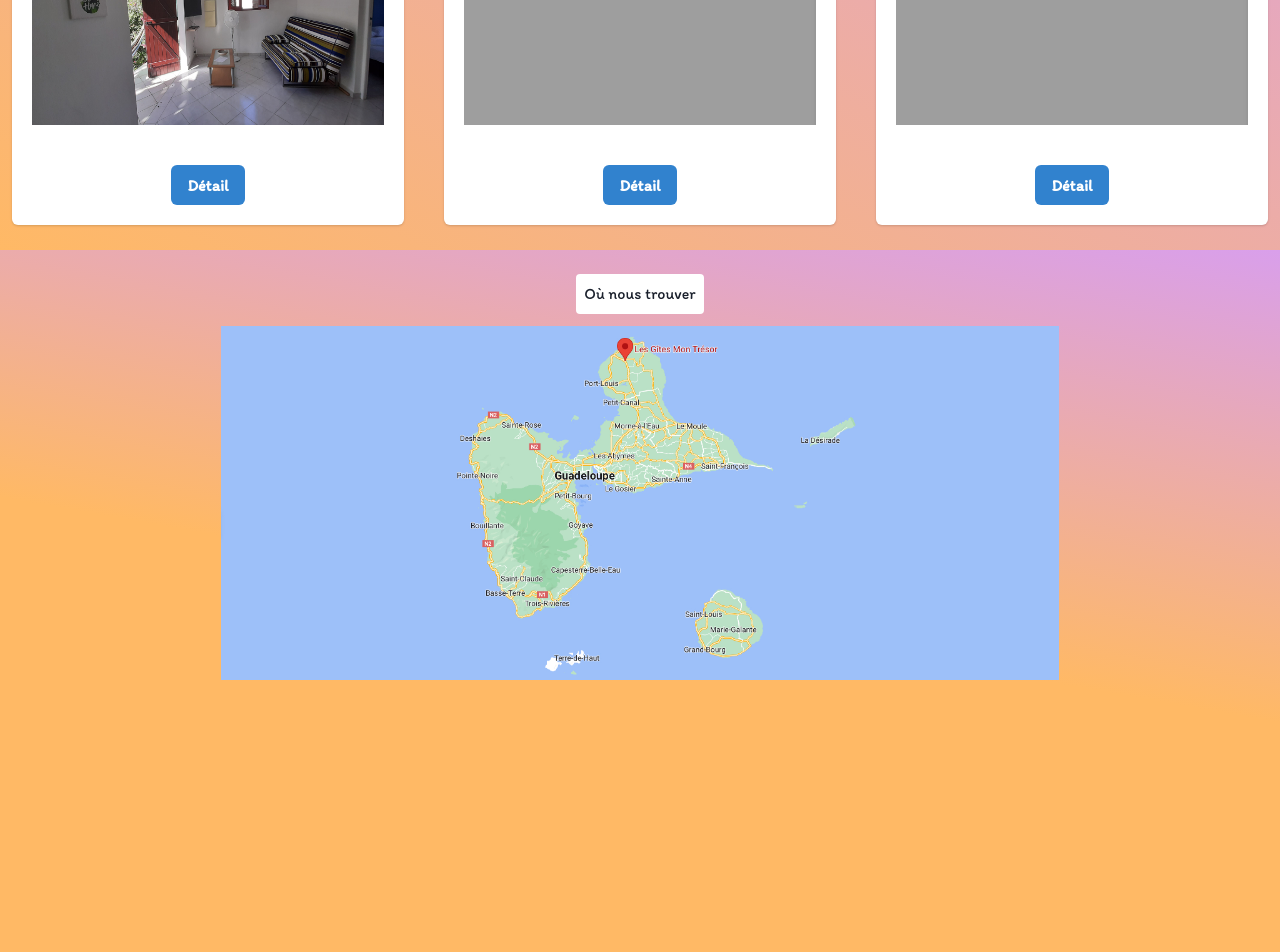
Repository: All-Khwarizmi/gites-v2
Page: /
The author's editor kept a copy of each file at every save. The page is drawn from the files as they stood at one save, then again after the next save.
The browser window is 1280 px wide. The pictures show the part of the page from y = 1190 to 2142 px (the page is 2160 px tall).
Pictures or frames that could not be fetched are drawn as grey boxes. The project was rebuilt for these pictures with package versions that can differ from the ones it lists, and the page was loaded fresh each time. The framework's server and built-in components were replaced by stand-ins that run in the browser. Also part of the build but not shown: next.config.js, next.config.mjs.

Above is the page before, as saved 2023-02-03 19:21:51.

### src/pages/_app.tsx
import { type AppType } from "next/dist/shared/lib/utils";
import { ChakraProvider } from "@chakra-ui/react";
import Layout from "../components/Layout";
import { Itim } from "@next/font/google";
import Navbar from "../components/Navbar";

import "../styles/globals.css";
import Head from "next/head";

const inter = Itim({ weight: "400", subsets: ["latin"] });

const MyApp: AppType = ({ Component, pageProps }) => {
  return (
    <ChakraProvider>
      <Head>
        <title>Gîtes Mon Tresor</title>
        <meta
          name="viewport"
          /* content="width=device-width, initial-scale=1.0, maximum-scale=1.0,user-scalable=0" */
          content="viewport-fit=cover"
        />
        <meta name="title" content="Gîtes Mon Tresor" />

        <meta
          name="description"
          content="Gîtes accueillants et chaleureux en Guadeloupe, Anse Bertrand. Venez en famille ou en amoureux profiter des plaisirs qu'offre l'île. "
        />
        <meta property="og:image" content="/IMG_0318.JPG" key="ogimage" />
      </Head>

      <main className={inter.className}>
        <Component {...pageProps} />
      </main>
    </ChakraProvider>
  );
};

export default MyApp;

### src/pages/index.tsx
import { type NextPage } from "next";
import Head from "next/head";
import Link from "next/link";
import Test from "./Test";
import styles from '../styles/Home.module.scss'

const Home: NextPage = () => {
  return (
    <>
      <Test />
    </>
  );
};

export default Home;

### src/styles/globals.css
@tailwind base;
@tailwind components;
@tailwind utilities;

:root {
  --colorOne: #ffb965;
  --colorTwo: #d99feb;
  --color3: #ffbf5b;
  --color4: #31b7cf;
}
* {
  margin: 0;
  padding: 0;
}
body {
  width: 100vw;
  height: 100vh;
  box-sizing: border-box;
}

.test {
  width: 100%;
}

#myVideo {
  object-fit: cover;

  min-height: 100vh;
  position: relative;
  z-index: -1;
  bottom: 0;
  right: 0;
}

.section {
  background-image: linear-gradient(
    27deg,
    var(--colorOne) 0%,
    var(--colorTwo) 100%
  );
  margin-top: 0;
  position: relative;
}
.section-2 {
  background-image: linear-gradient(
    1270deg,
   var(--colorTwo) 0%,
    var(--colorOne) 50%
  );
  margin-top: 0;
  position: relative;
}


.card-1 {
  background-color: inherit;
  padding: 3rem;
  width: 100%;
}
.nav {
  position: fixed;
  z-index: 5;


}

### src/pages/Test.tsx
import { AppType } from "next/app";
import {
  Card,
  CardHeader,
  ButtonGroup,
  Button,
  CardBody,
  CardFooter,
  Stack,
  Image,
  Heading,
  Text,
  Divider,
  Flex,
} from "@chakra-ui/react";
import Carousel from "../components/Carousel";
import { Component, useEffect, useRef, useState } from "react";
import Localisation from "../components/Localisation";
import Navbar from "../components/Navbar";

const Test = () => {
  const divPosition: any = useRef(null);


  const slidesPalmier = [
    {
      img: "/Gite Palmier/1.jpg",
    },
    {
      img: "/Gite Palmier/2.jpg",
    },
    {
      img: "/Gite Palmier/3.jpg",
    },
    {
      img: "/Gite Palmier/4.jpg",
    },
    {
      img: "/Gite Palmier/5.jpg",
    },
    {
      img: "/Gite Palmier/6.jpg",
    },
    {
      img: "/Gite Palmier/7.jpg",
    },
    {
      img: "/Gite Palmier/9087556.jpg",
    },
  ];
  const slidesAnanas = [
    {
      img: "/Gite Ananas/1.jpg",
    },
    {
      img: "/Gite Ananas/2.jpg",
    },
    {
      img: "/Gite Ananas/3.jpg",
    },
    {
      img: "/Gite Ananas/4.jpg",
    },
    {
      img: "/Gite Ananas/5.jpg",
    },
    {
      img: "/Gite Ananas/6.jpg",
    },
    {
      img: "/Gite Ananas/20191231_100325.jpg",
    },
    {
      img: "/Gite Ananas/20200325_100606.jpg",
    },
  ];
  const slidesKawan = [
    {
      img: "/Gite Kawan/1.jpg",
    },
    {
      img: "/Gite Kawan/2.jpg",
    },
    {
      img: "/Gite Kawan/3.jpg",
    },
    {
      img: "/Gite Kawan/4.jpg",
    },

    {
      img: "/Gite Kawan/6.jpg",
    },
    {
      img: "/Gite Kawan/7.jpg",
    },
    {
      img: "/Gite Kawan/8.jpg",
    },
    {
      img: "/Gite Kawan/9.jpg",
    },
    {
      img: "/Gite Kawan/10.jpg",
    },
    {
      img: "/Gite Kawan/11.jpg",
    },
    {
      img: "/Gite Kawan/12.jpg",
    },
    {
      img: "/Gite Kawan/13.jpg",
    },
    {
      img: "/Gite Kawan/14.jpg",
    },
    {
      img: "/Gite Kawan/15.jpg",
    },
  ];

  return (
    <>
      <main>
        <Navbar position={divPosition} />
        <div className="test">
          <section className="test">
            <video
              autoPlay
              playsInline
              muted
              loop
              id="myVideo"
              poster="/Gite Kawan/1.jpg"
            >
              <source src={"/Mon film.mp4"} type="video/mp4" />
            </video>
          </section>
          <div className="section h-screen">
            <section ref={divPosition} className="section h-full">
              <div className="card-1 flex-column flex justify-center">
                <Card maxW={"900px"}>
                  <Heading className="flex-column flex justify-center p-2">
                    <p> Bienvenue en Guadeloupe !</p>
                  </Heading>
                  <CardBody>
                    <Text className="welcome-text">
                      Pour des vacances au soleil, sur des plages de sable blanc
                      ou de belles balades dans une verdure luxuriante : les
                      Gîtes Mon Trésor vous assurent un dépaysement total. Loin
                      des grandes structures touristiques, dans un jardin calme
                      et ventilé avec piscine sécurisée, Catherine et Laurent,
                      originaires de Normandie, vous accueillent toute l’année
                      dans leurs gîtes situés sur la commune d'ANSE-BERTRAND, à
                      3 km des plages et de tous commerces. Nous avons l'énorme
                      chance de n'avoir jamais de sargasses sur nos plages les
                      plus proches. Bonne visite !
                    </Text>
                  </CardBody>
                </Card>
              </div>

              <div className="grid  grid-flow-row justify-center gap-4 md:grid-flow-col ">
                <Card maxW="lg" m={3}>
                  <Stack mt="6" spacing="3">
                    <Heading textAlign={"center"} size="md">
                      Gîte Palmier
                    </Heading>
                  </Stack>
                  <CardBody>
                    <Carousel slides={slidesPalmier} />
                  </CardBody>
                  <Flex align="center" justify="center">
                    <CardFooter>
                      <Button variant="solid" colorScheme="blue">
                        Détail
                      </Button>
                    </CardFooter>
                  </Flex>
                </Card>
                <Card maxW="lg" m={3}>
                  <Stack mt="6" spacing="3">
                    <Heading textAlign={"center"} size="md">
                      Gîte Ananas
                    </Heading>
                  </Stack>
                  <CardBody>
                    <Carousel slides={slidesAnanas} />
                  </CardBody>
                  <Flex align="center" justify="center">
                    <CardFooter>
                      <Button variant="solid" colorScheme="blue">
                        Détail
                      </Button>
                    </CardFooter>
                  </Flex>
                </Card>
                <Card maxW="lg" m={3}>
                  <Stack mt="6" spacing="3">
                    <Heading textAlign={"center"} size="md">
                      Gîte Kawan
                    </Heading>
                  </Stack>
                  <CardBody>
                    <Carousel slides={slidesKawan} />
                  </CardBody>
                  <Flex align="center" justify="center">
                    <CardFooter>
                      <Button variant="solid" colorScheme="blue">
                        Détail
                      </Button>
                    </CardFooter>
                  </Flex>
                </Card>
              </div>


            </section>
          </div>
          <div className="h-screen section-2">
            <Localisation />
          </div>
        </div>
      </main>
    </>
  );
};

export default Test;

### src/components/Carousel.tsx
import React from 'react'
import { useEffect, useState } from 'react';
import { Flex, Box, Text, Image } from '@chakra-ui/react';

const Carousel = ({slides}: any) => {

  const slides1 = [
    {
      img: "/Gîte Palmier/1.jpg",
    },
    {
      img: "/Gîte Palmier/2.jpg",
    },
    {
      img: "/Gîte Palmier/3.jpg",
    },
    {
      img: "/Gîte Palmier/4.jpg",
    },
    {
      img: "/Gîte Palmier/5.jpg",
    },
    {
      img: "/Gîte Palmier/6.jpg",
    },
    {
      img: "/Gîte Palmier/7.jpg",
    },
    {
      img: "/Gîte Palmier/9087556.jpg",
    },

  ];
  const [currentSlide, setCurrentSlide] = useState(0);
  const slidesCount = slides.length;
  const carouselStyle = {
    transition: "all .5s",
    ml: `-${currentSlide * 100}%`,
  };
  const SLIDES_INTERVAL_TIME = 3000;
  const ANIMATION_DIRECTION = "right";
  useEffect(() => {
    const prevSlide = () => {
      setCurrentSlide((s) => (s === 0 ? slidesCount - 1 : s - 1));
    };

    const nextSlide = () => {
      setCurrentSlide((s) => (s === slidesCount - 1 ? 0 : s + 1));
 };

    const automatedSlide = setInterval(() => {
      ANIMATION_DIRECTION.toLowerCase() === "left" ? prevSlide() : nextSlide();
    }, SLIDES_INTERVAL_TIME);
    return () => clearInterval(automatedSlide);
  }, [slidesCount]);
  return (
    <Flex
      w="full"
      bg="#edf3f8"
      _dark={{
        bg: "#3e3e3e",
      }}

      alignItems="center"
      justifyContent="center"
    >
      <Flex w="full" overflow="hidden">
        <Flex pos="relative" h="200px" w="full" {...carouselStyle}>
          {slides.map((slide: any, sid: any) => (
            <Box key={`slide-${sid}`} flex="none" boxSize="full" shadow="md">
              <Text
                color="white"
                fontSize="xs"
                p="8px 12px"
                pos="absolute"
                top="0"
                whiteSpace="nowrap"
              >
                {sid + 1} / {slidesCount}
              </Text>
              <Image
                src={slide.img}
                alt="carousel image"
                boxSize="full"
                backgroundSize="cover"
              />
            </Box>
          ))}
        </Flex>
      </Flex>
    </Flex>
  );
};



export default Carousel

### src/components/Localisation.tsx
import React from "react";
import Link from "next/link";

const Localisation = () => {
  const coordinates: string =
    "Les+Gîtes+Mon+Trésor/@16.4645544,-61.4825254,17z";
  const baseUrl: string =
    "https://www.google.com/maps/search/?api=1&query=Les+Gîtes+Mon+Trésor+Anse+Bertrand/";
  return (
    <>
      <div className="location align-center flex items-center justify-center p-3"></div>
      <div className="section-location flex  justify-center">
        <p className="text-extra-bold w-30 rounded bg-white p-2">
          Où nous trouver
        </p>
      </div>

      <div className="location p-3">
        <a
          className="align-center flex items-center justify-center"
          target="_blank"
          href={baseUrl}
        >
          <img
            className="w-2/3"
            src="./IMG_0537.JPG"
            alt="carte de la Guadeloupe"
          />
        </a>
      </div>
    </>
  );
};

export default Localisation;

### src/components/Navbar.tsx
import { useEffect, useState, useRef } from "react";

function NavLink({ to, children }: any) {
  return (
    <a href={to} className={`mx-4`}>
      {children}
    </a>
  );
}

function MobileNav({ open, setOpen }: any) {
  return (
    <div
      className={`absolute top-0 left-0 h-screen w-screen transform bg-white ${
        open ? "-translate-x-0" : "-translate-x-full"
      } drop-shadow-md filter transition-transform duration-300 ease-in-out `}
    >
      <div className="flex h-20 items-center justify-center bg-white drop-shadow-md filter">
        {" "}
        {/*logo container*/}
        <a className="text-2xl font-semibold" href="/">
          <img
            className="w-24 hover:w-32"
            src="/IMG_0318.JPG"
            alt="Gîtes Mon Tresor Logo"
          />
        </a>
      </div>
      <div className="ml-4 flex flex-col">
        <a
          className="my-4 text-xl font-medium"
          href="#"
          onClick={() =>
            setTimeout(() => {
              setOpen(!open);
            }, 100)
          }
        >
          Accueil
        </a>
        <a
          className="my-4 text-xl font-normal"
          href="#"
          onClick={() =>
            setTimeout(() => {
              setOpen(!open);
            }, 100)
          }
        >
          Gîtes
        </a>
        <a
          className="my-4 text-xl font-normal"
          href="#"
          onClick={() =>
            setTimeout(() => {
              setOpen(!open);
            }, 100)
          }
        >
          Localisation
        </a>
        <a
          className="my-4 text-xl font-normal"
          href="#"
          onClick={() =>
            setTimeout(() => {
              setOpen(!open);
            }, 100)
          }
        >
          Tarifs
        </a>
        <a
          className="my-4 text-xl font-normal"
          href="#"
          onClick={() =>
            setTimeout(() => {
              setOpen(!open);
            }, 100)
          }
        >
          Contact
        </a>
        <a
          className="my-4 text-xl font-normal"
          href="#"
          onClick={() =>
            setTimeout(() => {
              setOpen(!open);
            }, 100)
          }
        >
          Partenariats
        </a>
      </div>
    </div>
  );
}

export default function Navbar({ position }: any) {
  const [open, setOpen] = useState(false);
  const [color, setColor] = useState(" ");
  const [colorFont, setColorFont] = useState(" ");
  const [offset, setOffset] = useState(0);


  useEffect(() => {
    const onScroll = () => setOffset(window.pageYOffset);
    // clean up code
    window.removeEventListener("scroll", onScroll);
    window.addEventListener("scroll", onScroll, { passive: true });
    if (position?.current?.getBoundingClientRect().top < 80) {
      setColor("bg-white");
      setColorFont("text-black");
    } else {
      setColor(" ");
      setColorFont("text-white");
    }
    return () => window.removeEventListener("scroll", onScroll);
  }, [offset]);

  const style = { backgroundColor: color, color: colorFont };
  return (
    <nav
      className={`nav flex h-20 w-full items-center gap-4 ${style.backgroundColor}  px-4 py-4 drop-shadow-md filter`}
    >
      <MobileNav open={open} setOpen={setOpen} />
      <div className="flex w-3/12 items-center">
        <a className="text-2xl font-semibold" href="/">
          <img
            className="w-24 hover:w-32"
            src="/IMG_0318.JPG"
            alt="Gîtes Mon Tresor Logo"
          />
        </a>
      </div>
      <div className="flex w-9/12 items-center justify-end">
        <div
          className="relative z-50 flex h-8 w-8 flex-col items-center justify-between md:hidden"
          onClick={() => {
            setOpen(!open);
          }}
        >
          {/* hamburger button */}
          <span
            className={`h-1 w-full transform rounded-lg bg-black transition duration-300 ease-in-out ${
              open ? "translate-y-3.5 rotate-45" : ""
            }`}
          />
          <span
            className={`h-1 w-full rounded-lg bg-black transition-all duration-300 ease-in-out ${
              open ? "w-0" : "w-full"
            }`}
          />
          <span
            className={`h-1 w-full transform rounded-lg bg-black transition duration-300 ease-in-out ${
              open ? "-translate-y-3.5 -rotate-45" : ""
            }`}
          />
        </div>

        <div className="hidden md:flex">
          <ul className="flex justify-items-center gap-x-3">
            <li className="mr-6">
              <a
                className={` flex-initial text-2xl ${style.color} text-justify   hover:underline`}
                href="#"
              >
                Accueil
              </a>
            </li>
            <li className="mr-6">
              <a
                className={` flex-initial text-2xl ${style.color} text-justify   hover:underline`}
                href="#"
              >
                Gîtes
              </a>
            </li>
            <li className="mr-6">
              <a
                className={` flex-initial text-2xl ${style.color} text-justify   hover:underline`}
                href="#"
              >
                Localisation
              </a>
            </li>
            <li className="mr-6">
              <a
                className={` flex-initial text-2xl ${style.color} text-justify   hover:underline`}
                href="#"
              >
                Tarifs
              </a>
            </li>
            <li className="mr-6">
              <a
                className={` flex-initial text-2xl ${style.color} text-justify   hover:underline`}
                href="#"
              >
                Contact
              </a>
            </li>
            <li className="mr-6">
              <a
                className={` flex-initial text-2xl ${style.color} text-justify   hover:underline`}
                href="#"
              >
                Partenariats
              </a>
            </li>
          </ul>
        </div>
      </div>
    </nav>
  );
}

Loaded but not shown: tailwind.config.cjs (common file)

After the next save:
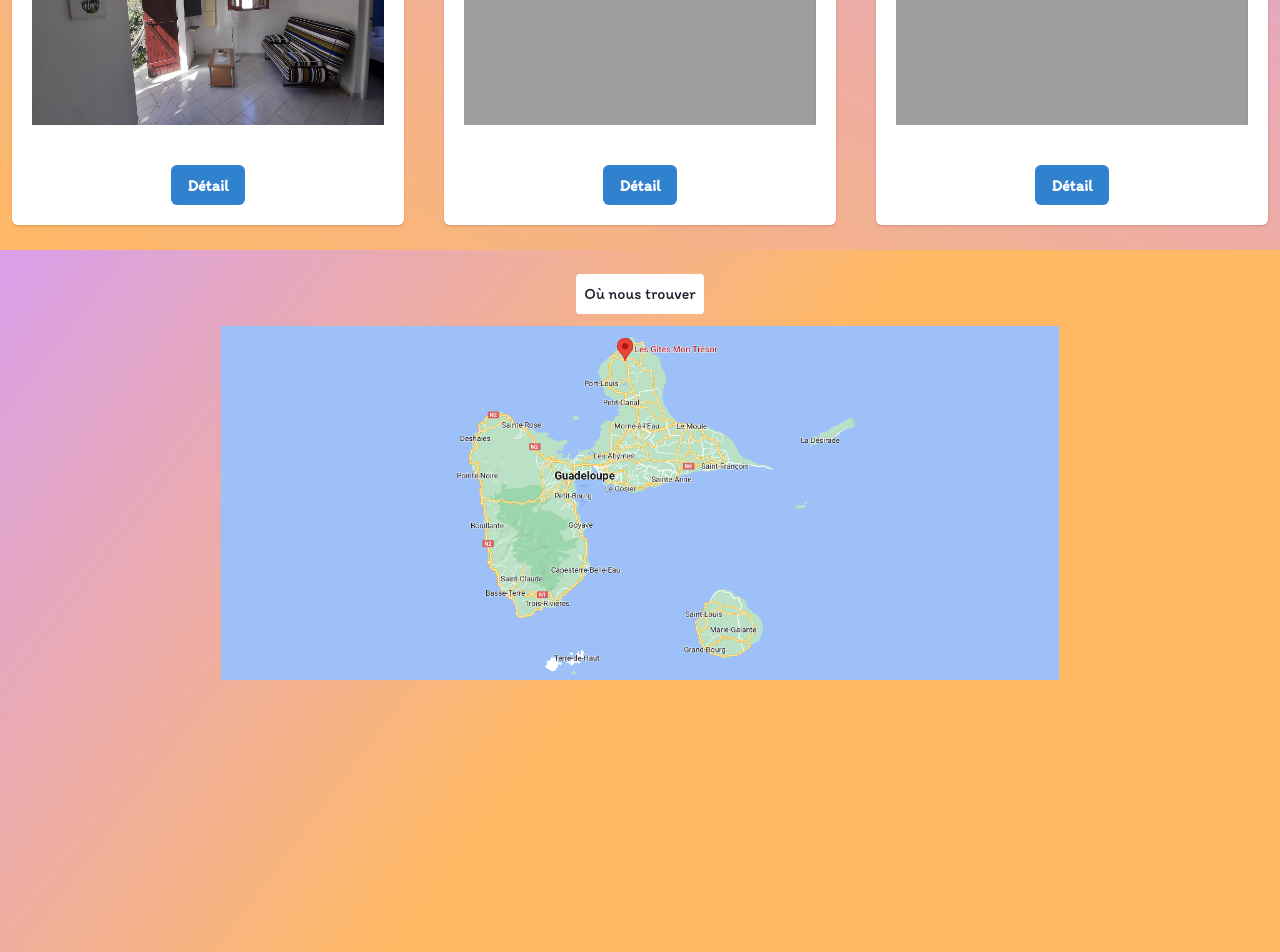
Saved 12 s later.
--- a/src/styles/globals.css
+++ b/src/styles/globals.css
@@ -43,7 +43,7 @@ body {
 }
 .section-2 {
   background-image: linear-gradient(
-    1270deg,
+    127deg,
    var(--colorTwo) 0%,
     var(--colorOne) 50%
   );
